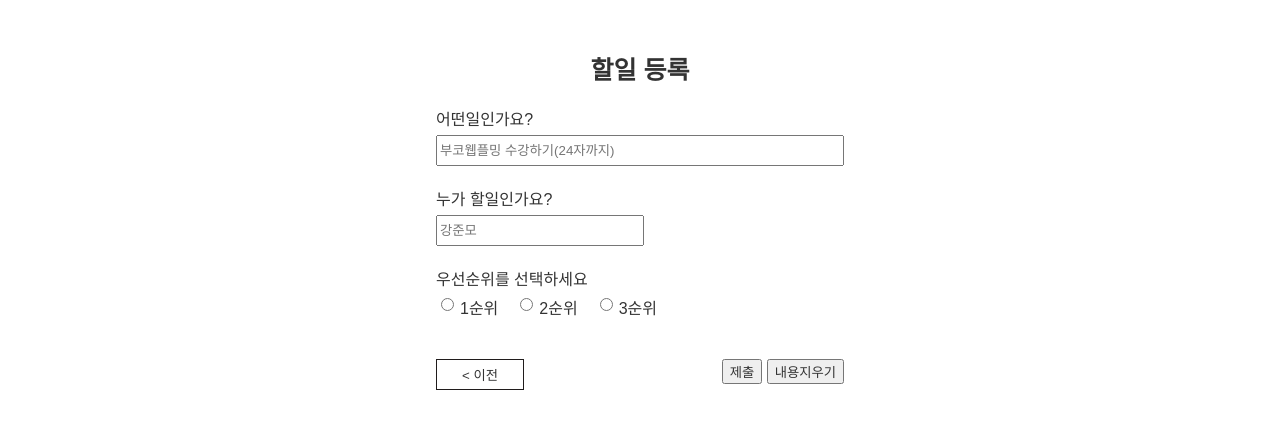
Repository: JmKanmo/BoostCourse_WebProgramming
Page: http://localhost/Todo/TodoFormServlet
The author's editor kept a copy of each file at every save. The page is drawn from the files as they stood at one save, then again after the next save.
The browser window is 1280 px wide. The pictures show the whole page.
The page is served by Tomcat 9.

Above is the page before, as saved 2020-01-21 01:50:39.

After the next save:
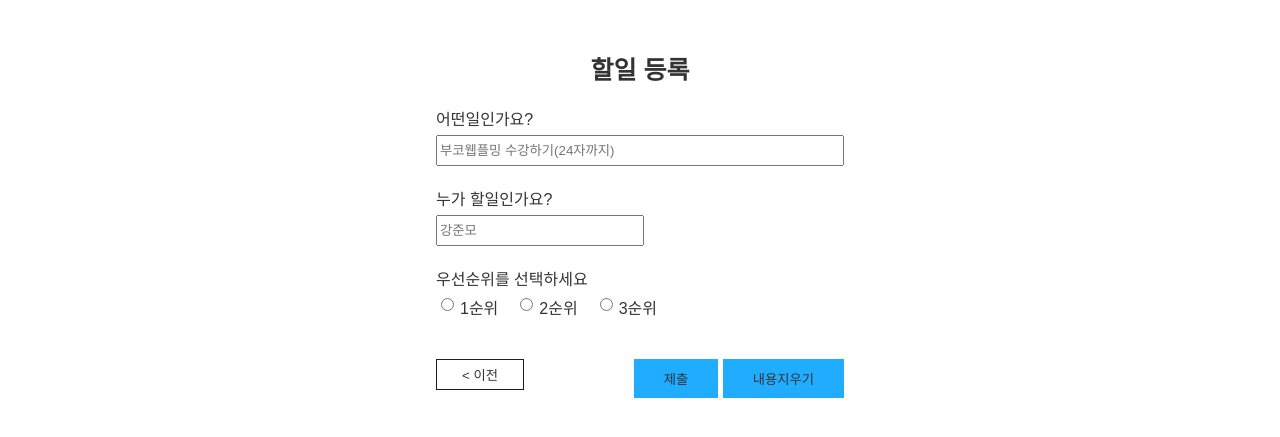
Saved 5 min 15 s later.
--- a/Todo/src/main/webapp/css/todoForm.css
+++ b/Todo/src/main/webapp/css/todoForm.css
@@ -92,3 +92,11 @@ html, body, h1, h2, h3, ul, ol, p, a, dl, dt, dd, figure {
 .button_box .btn_group {
 	float: right;
 }
+
+.btn_group button {
+	background-color: rgb(32, 173, 273);
+	border: 0;
+	padding: 10px 30px;
+	font-weight: bold;
+	color: #fff;
+}
